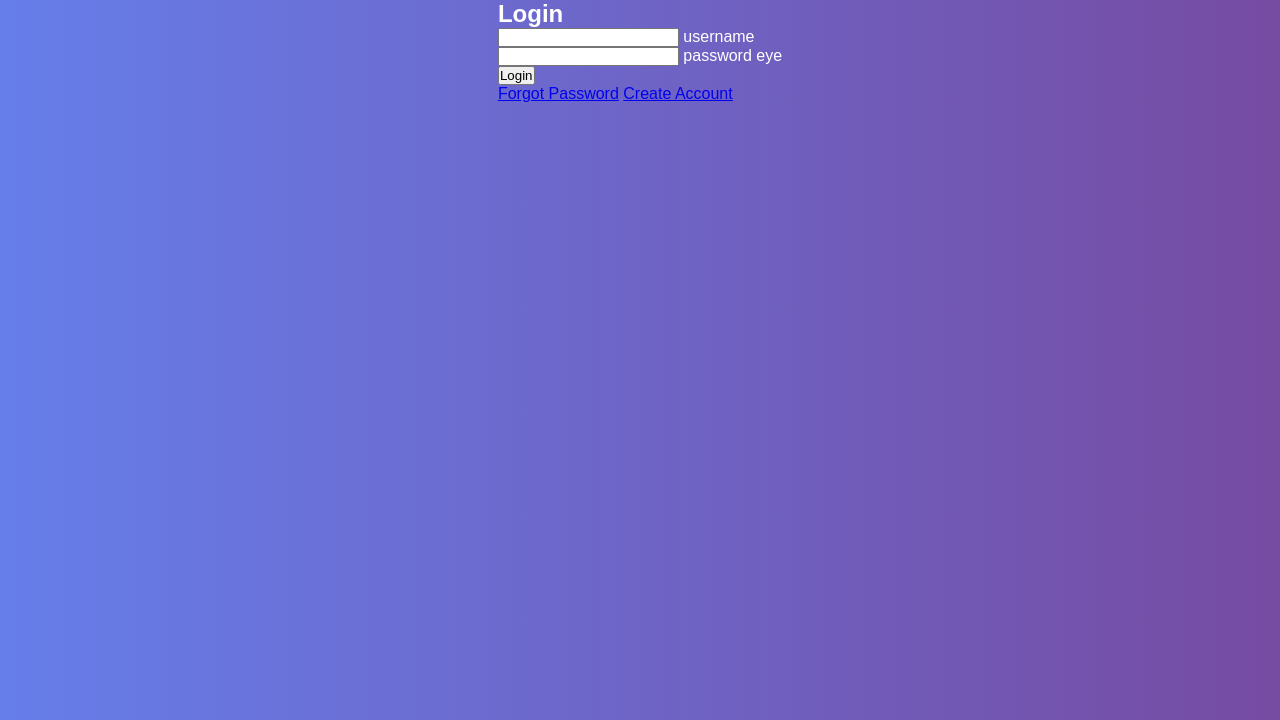
Repository: wingming07/Agro_mart
Page: login/login.html
An editor plug-in stored every save of this project. The page is shown before and after the next save, followed by the edit.
The browser window is 1280 px wide. The pictures show the whole page.

Above is the page before, as saved 2025-06-10 17:11:02.

### login/login.html
<!DOCTYPE html>
<html lang="en">
<head>
    <meta charset="UTF-8">
    <meta name="viewport" content="width=device-width, initial-scale=1.0">
    <title>AgroMart-login</title>
    <link rel="stylesheet" href="style.css">
</head>
<body>
    <div class="login-container">
        <form class="login-form" onsubmit="return validateLogin()">
            <h2>Login</h2>
                <div class="input-group">
                    <input type="text" id="username" required>
                    <label for="username">username</label>
                </div>
                <div class="input-group">
                    <input type="password" id="password" required>
                    <label for="password">password</label>
                <span class="toggle-password" onclick="togglepassword()">eye</span>
                </div>
                <button type="submit">Login</button>
                <div class+="extra-options">
                    <a href="#">Forgot Password</a>
                        <a href="#">Create Account</a>
                </div>
        </form>
    </div>
    <script src="script.js"></script>
</body>
</html>

### login/style.css
@import url('https://fonts.googleapis.com/css2? family=poppins:wght@400;600&display=swap');
*{
    margin:0;
    padding:0;
    box-sizing: border-box;
    font-family: sans-serif;
}
body{
    background: linear-gradient(to right, #667eea,#764ba2);
    height: 100%;
    display: flex;
    justify-content: center;
    align-items: center;
}
.login-container{
    color:white;
    padding: ;
}

Loaded but not shown: login/script.js (no copy from this time; the picture is the same without it)

After the next save:
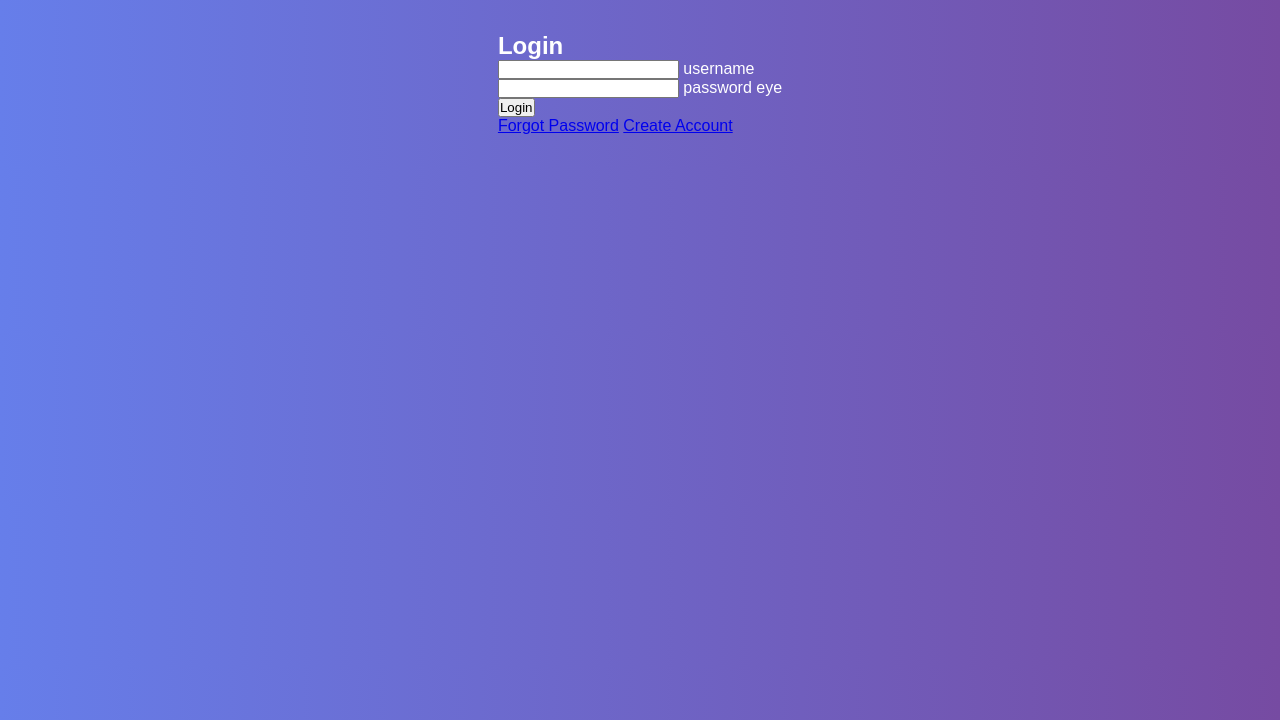
Saved 32 s later.
--- a/login/style.css
+++ b/login/style.css
@@ -14,5 +14,5 @@ body{
 }
 .login-container{
     color:white;
-    padding: ;
+    padding: 2rem 3rem;
 }
